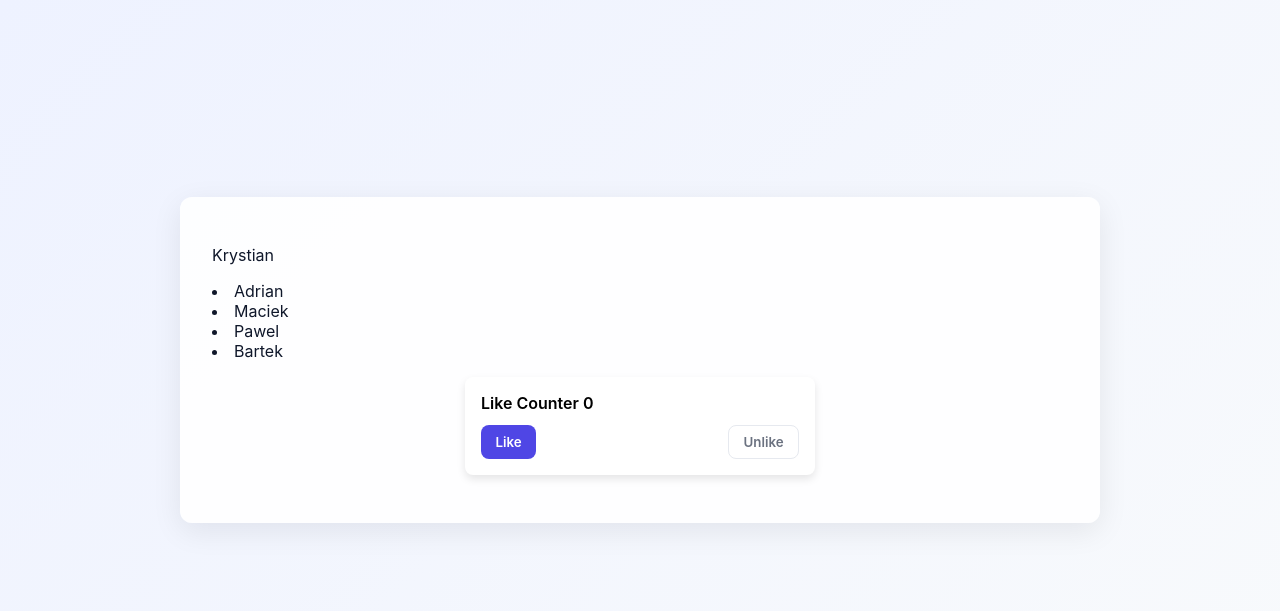
Repository: KrystianTrzy/reactapt
Page: /
The author's editor kept a copy of each file at every save. The page is drawn from the files as they stood at one save, then again after a run of saves.
The browser window is 1280 px wide. The pictures show the whole page.
The project was rebuilt for these pictures with package versions that can differ from the ones it lists, and the page was loaded fresh each time.

Above is the page before, as saved 2025-11-22 09:20:14.

After the next 4 saves:
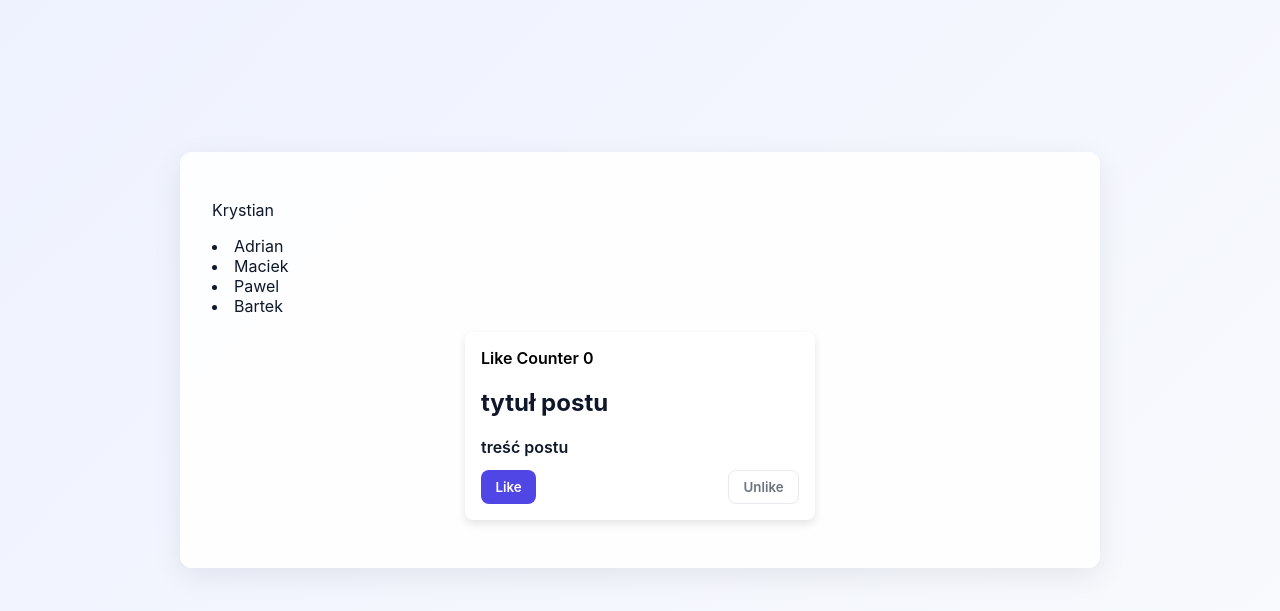
The 4 saves are shown as one change because they came seconds apart.
The last was saved 14 s later.
--- a/src/components/App/LikeCounter/LikeCounter.js
+++ b/src/components/App/LikeCounter/LikeCounter.js
@@ -16,7 +16,8 @@ function LikeCounter() {
     return (
         <div className="post">
             <p style={{ color: likes > 0 ? 'blue' : 'black' }}>Like Counter {likes}</p>
-
+            <h2>tytuł postu</h2>
+            <p>treść postu</p>
             <div className="actions">
                 <button onClick={handleLike}>Like</button>
                 <button onClick={handleUnlike}>Unlike</button>
